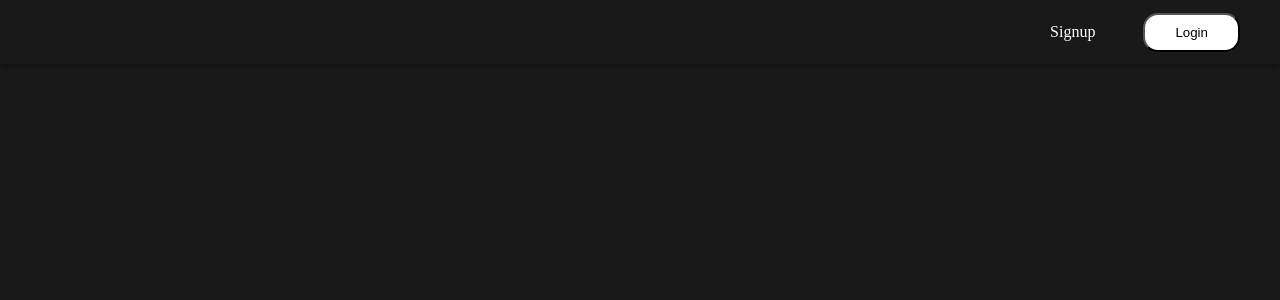
Repository: Armstrong2035/ikigai
Page: / (app in Ikigai/ikigai/)
These files come from the project's save history. The page is drawn as it stood at one moment and after the next save; the edit follows.
The browser window is 1280 px wide. The pictures show the whole page.
The project was rebuilt for these pictures with package versions that can differ from the ones it lists, and the page was loaded fresh each time. The framework's server and built-in components were replaced by stand-ins that run in the browser. Also part of the build but not shown: Ikigai/ikigai/next.config.mjs.

Above is the page before, as saved 2024-09-07 11:08:50.

After the next save:
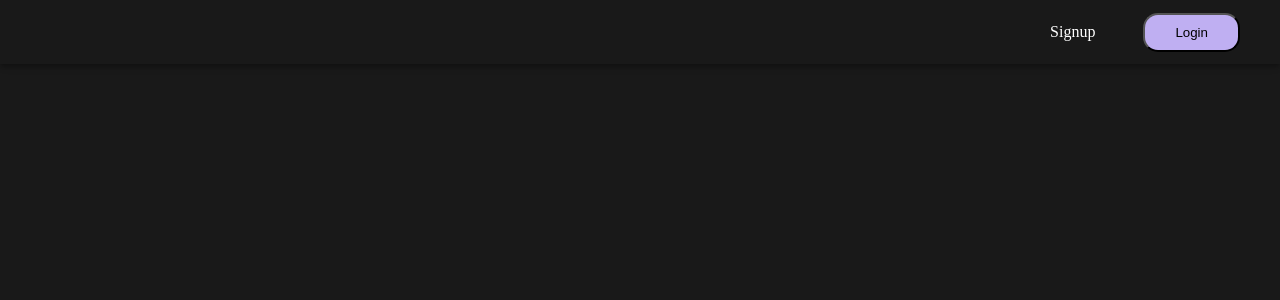
Saved 19 s later.
--- a/Ikigai/ikigai/components/LandingPage/NavBar/NavBar.js
+++ b/Ikigai/ikigai/components/LandingPage/NavBar/NavBar.js
@@ -21,7 +21,7 @@ export default function NavBar() {
           <Toolbar>
             <button
               style={{
-                backgroundColor: "white",
+                backgroundColor: "#BFAFF2",
                 borderRadius: "15px",
                 padding: "10px 30px",
                 cursor: "pointer",
